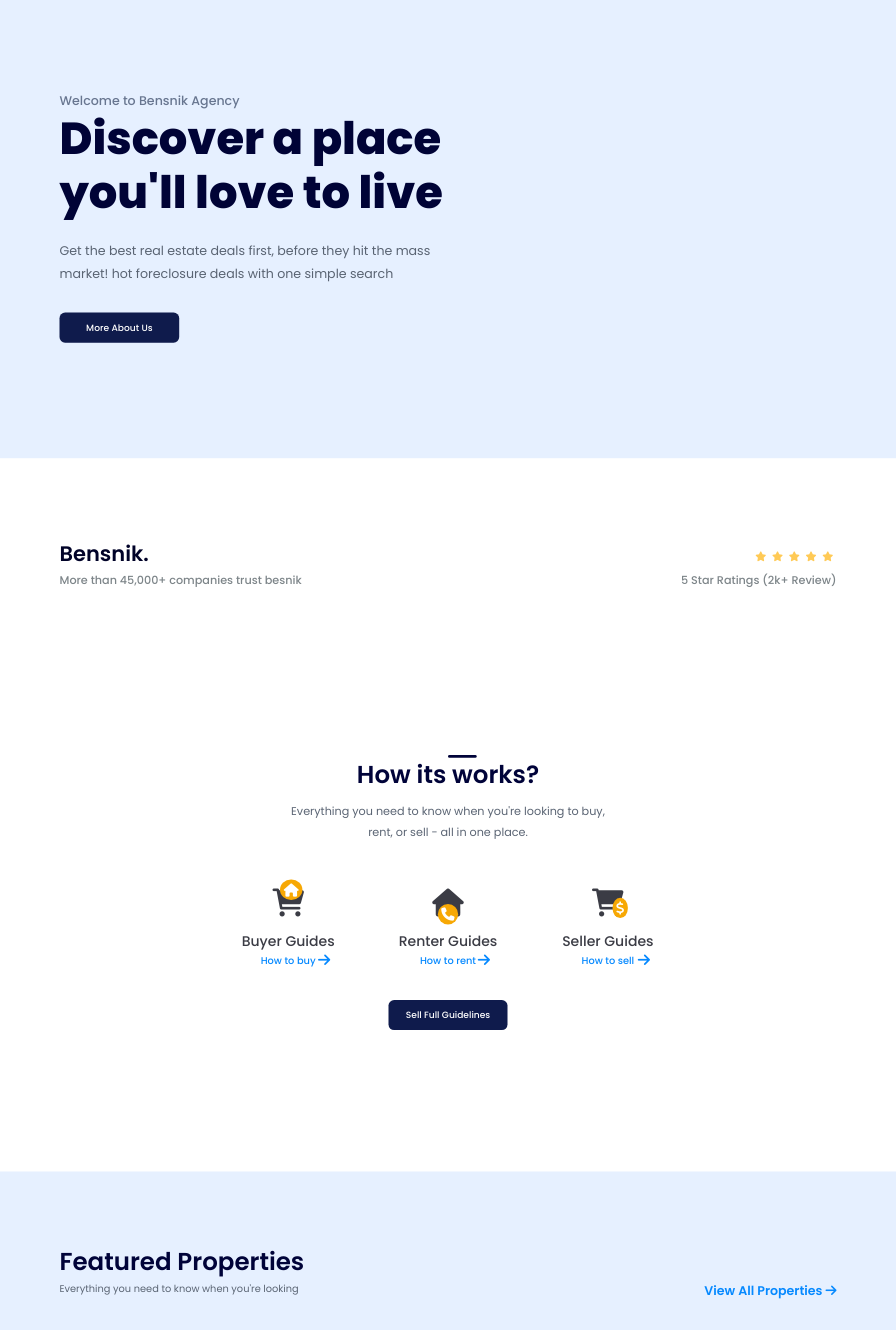
Repository: kauittt/f8-htmlcss-01
Page: index.html
These files come from the project's save history. The page is drawn as it stood at one moment and after the next save; the edit follows.
The browser window is 1280 px wide. The pictures show the part of the page from y = 82 to 1982 px (the page is 2911 px tall), at 70% of full size.
A picture or video elsewhere on the page could not be fetched, so the positions and the page height are approximate.

Above is the page before, as saved 2023-01-01 10:59:08.

After the next save:
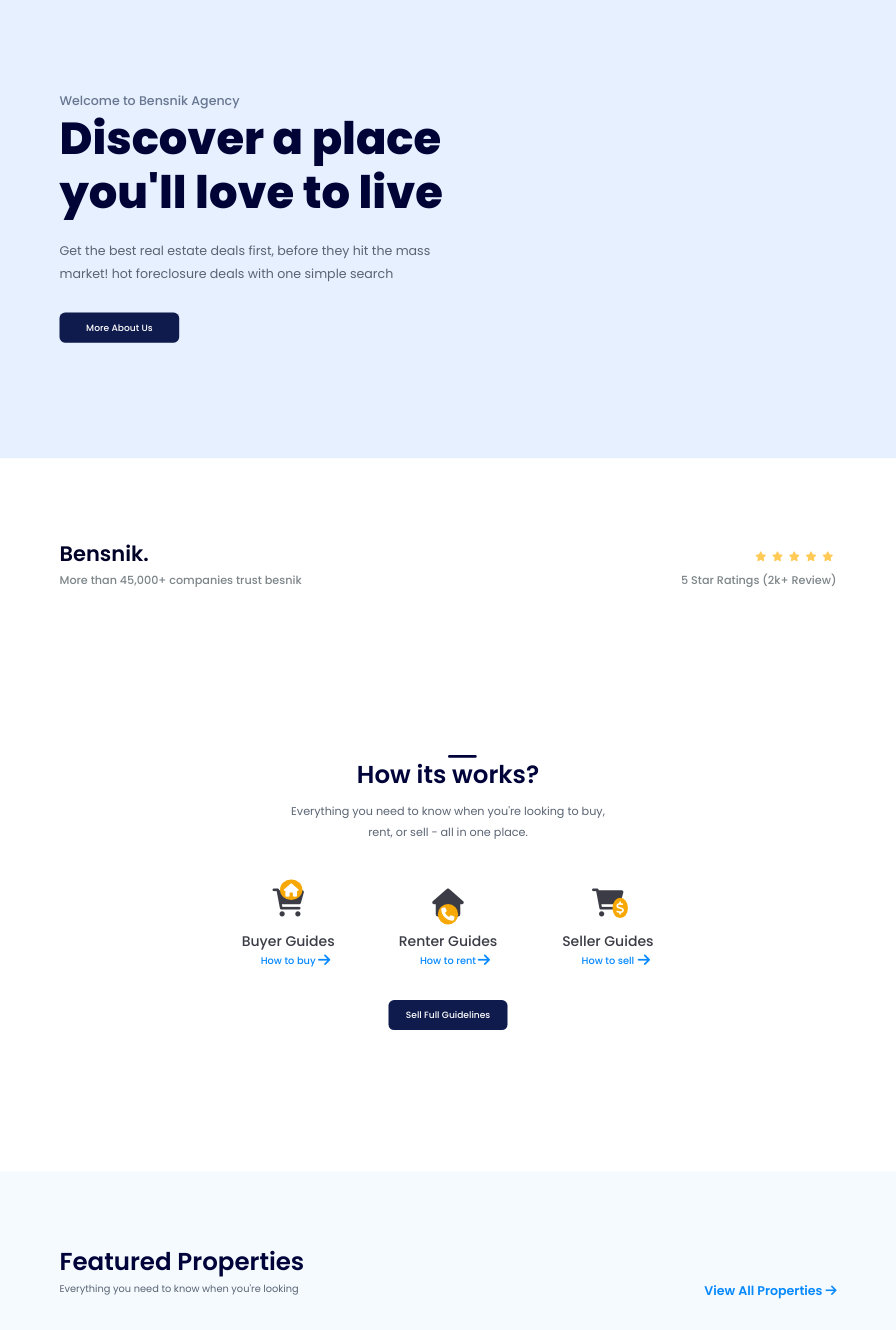
Saved 55 s later.
--- a/assets/css/styles.css
+++ b/assets/css/styles.css
@@ -269,6 +269,7 @@ body {
 /*! FEATURE */
 #feature {
     height: 72.7rem;
+    background-color: #f5fafe;
 }
 
 .feature-content {
